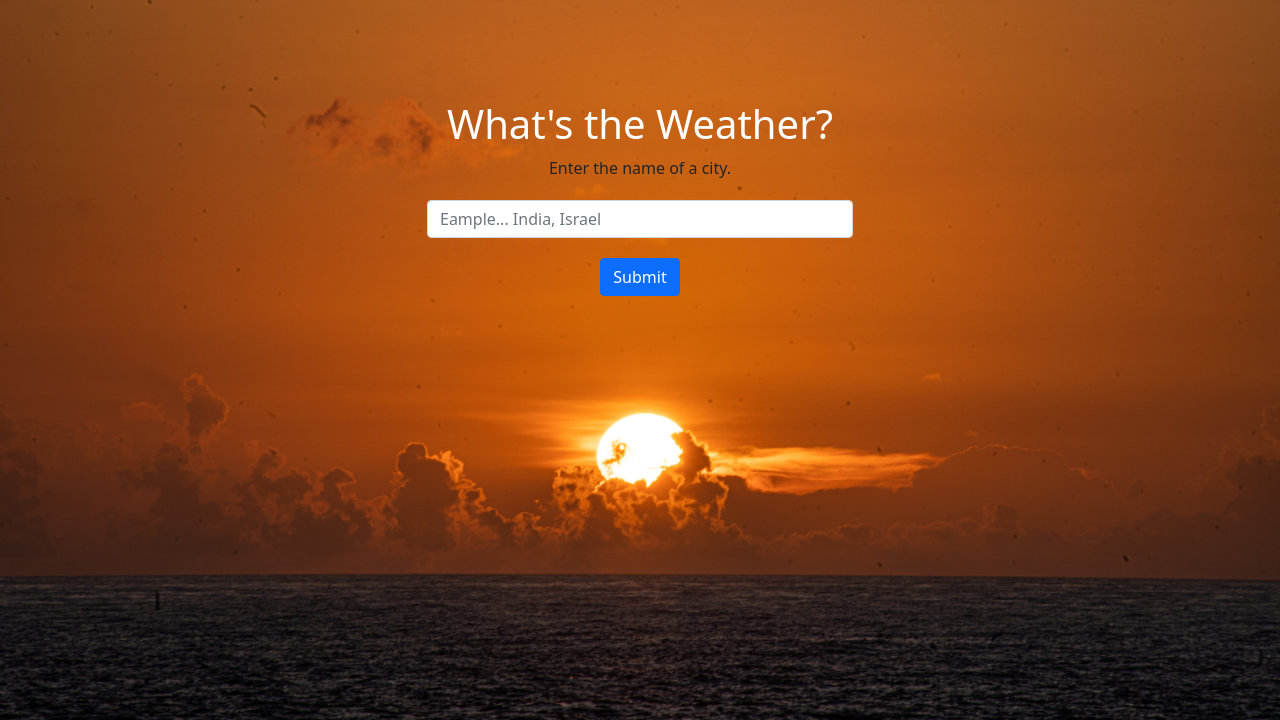
Repository: Ashwin1510/php_projectgh
Page: http://localhost/weather_scrapper.php
The author's editor kept a copy of each file at every save. The page is drawn from the files as they stood at one save, then again after a run of saves.
The browser window is 1280 px wide. The pictures show the whole page.
The page is run by PHP 8.4 with error messages shown; the project is at /var/www/html/.

Above is the page before, as saved 2022-12-16 10:52:54.

After the next 3 saves:
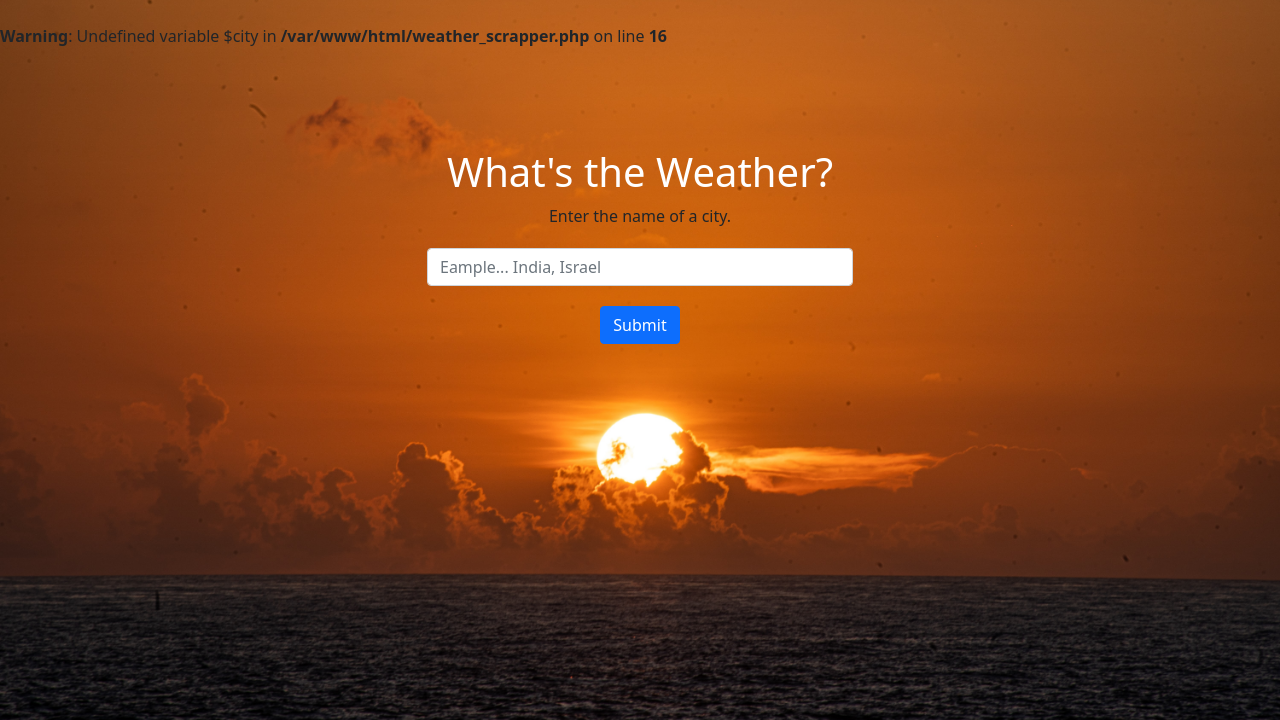
The 3 saves are shown as one change because they came seconds apart.
The last was saved 9 s later.
--- a/weather_scrapper.php
+++ b/weather_scrapper.php
@@ -13,7 +13,7 @@
 }
 
 else {
-    $error = "That city could not be found.";
+    $error = "Thae $city city could not be found.";
 }
 //end file headers are NOT empty! :)
 ?>

After the save that followed:
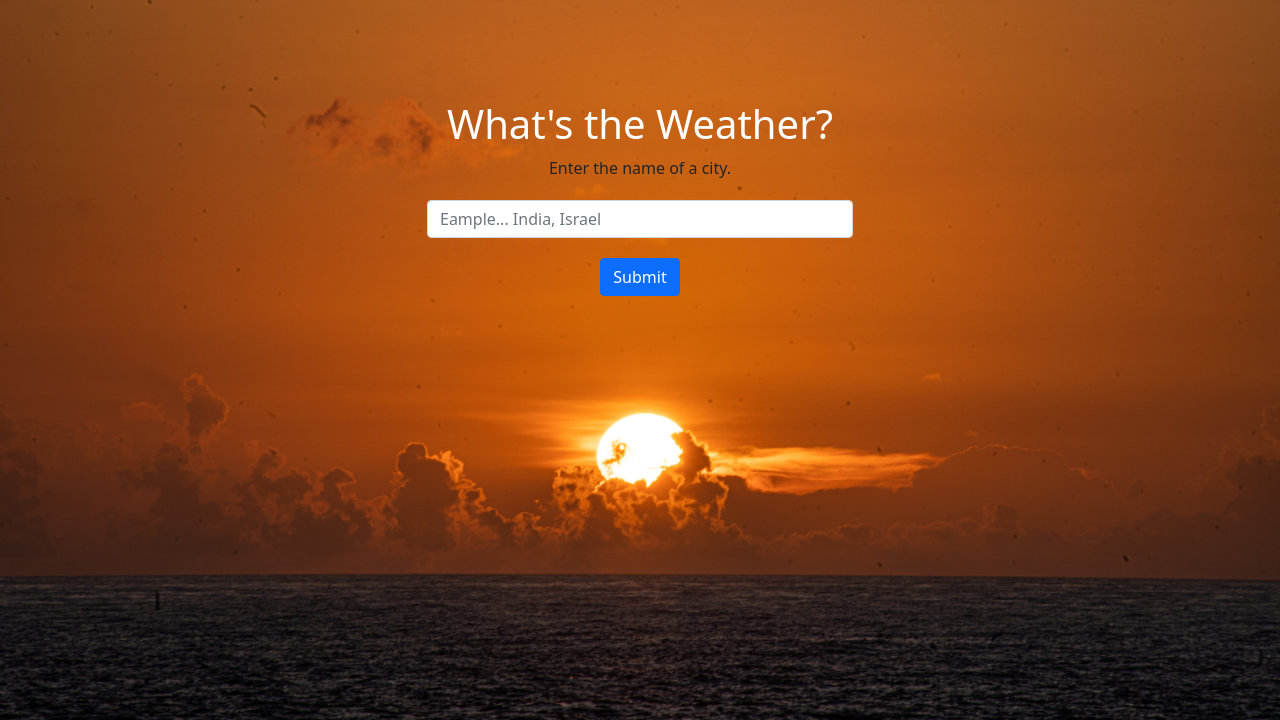
Saved 63 s later.
--- a/weather_scrapper.php
+++ b/weather_scrapper.php
@@ -1,21 +1,41 @@
 <?php
-$weather = "";
-$error = "";
+    $weather = "";
+    $error = "";
 
-if (array_key_exists('city', $_GET)) {
-    $city = str_replace(' ', '', $_GET['city']);
-    $file_headers = @get_headers("https://www.weather-forecast.com/locations/" .
-        $city . "/forecasts/latest");
+    if(array_key_exists('city', $_GET)) {
+        $city = str_replace(' ', '', $_GET['city']);
+        $file_headers = @get_headers("https://www.weather-forecast.com/locations/" .
+                        $city . "/forecasts/latest");
 
-    if ($file_headers[0] == "HTTP/1.1 404 Not Found") {
-        $error = "The $city  city could not be found.";
+        if($file_headers[0] == "HTTP/1.1 404 Not Found") {
+            $error = "That city could not be found.";
+        }
+        else {
+            $forecastPage = file_get_contents("https://www.weather-forecast.com/locations/" .
+                            $city . "/forecasts/latest");
+
+            $pageArray =
+               explode('Weather Today</h2> (1&ndash;3 days)</div><p class="b-forecast__table-description-content"><span class="phrase">',
+               $forecastPage);
+
+            if(sizeof($pageArray) > 1) {
+                $secondPageArray = explode('</span></p></td>', $pageArray[1]);
+
+                if(sizeof($secondPageArray) > 1) {
+                    $weather = $secondPageArray[0];
+                }
+                else {
+                    $error = "That city could not be found.";
+                }
+            }
+            else {
+                $error = "That city could not be found.";
+            }
+        }//end file headers are NOT empty! :)
     }
-}
-
-else {
-    $error = "Thae $city city could not be found.";
-}
-//end file headers are NOT empty! :)
+    else {
+        $error = "That city could not be found.";
+    }//end of array key exists test
 ?>
 
 
